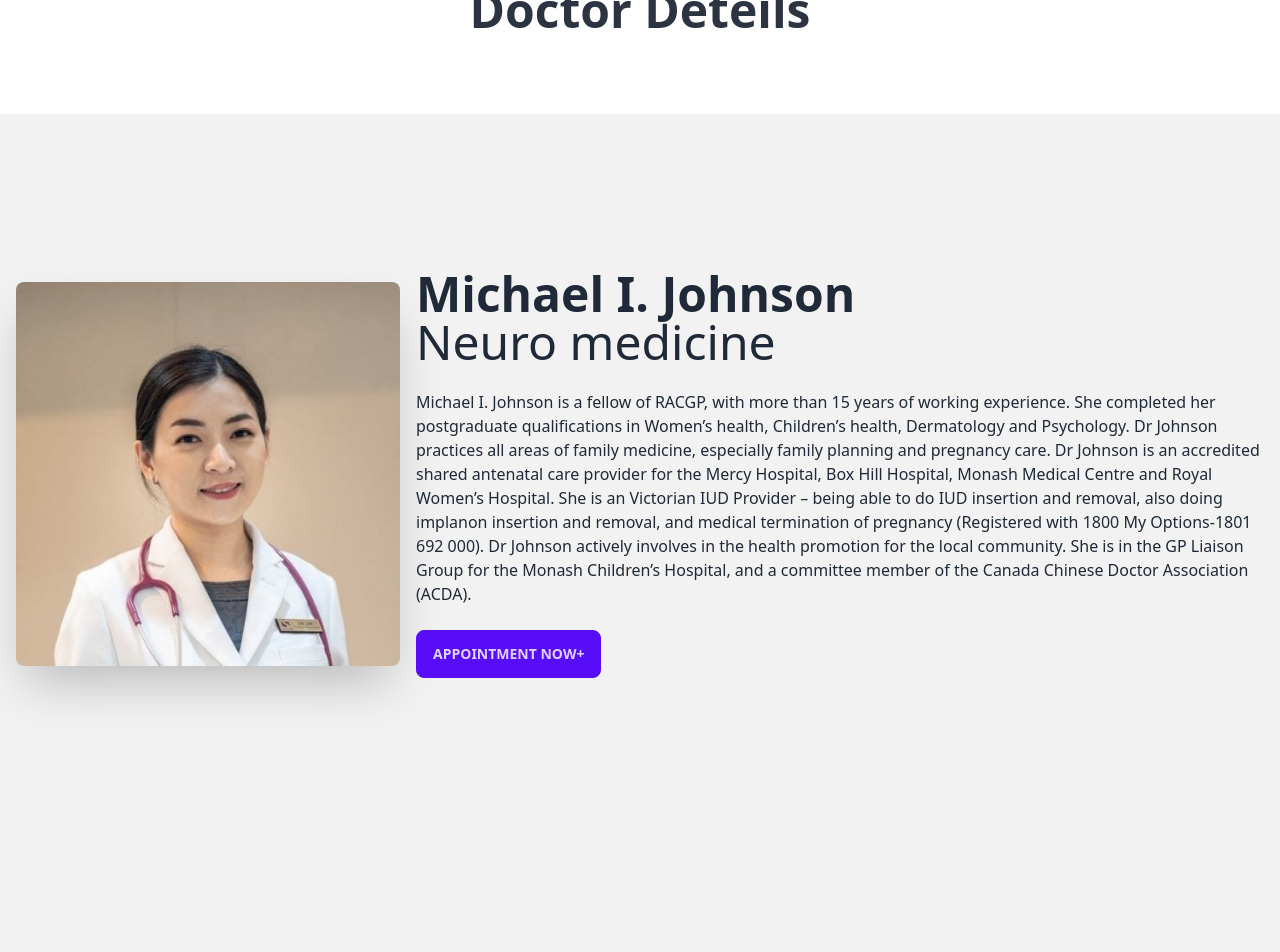
Repository: salmaakter11/Medical-Health
Page: /
The author's editor kept a copy of each file at every save. The page is drawn from the files as they stood at one save, then again after the next save.
The browser window is 1280 px wide. The pictures show the part of the page from y = 814 to 1766 px (the page is 3088 px tall).
The project was rebuilt for these pictures with package versions that can differ from the ones it lists, and the page was loaded fresh each time. Also part of the build but not shown: vite.config.js.

Above is the page before, as saved 2023-07-10 21:48:04.

After the next save:
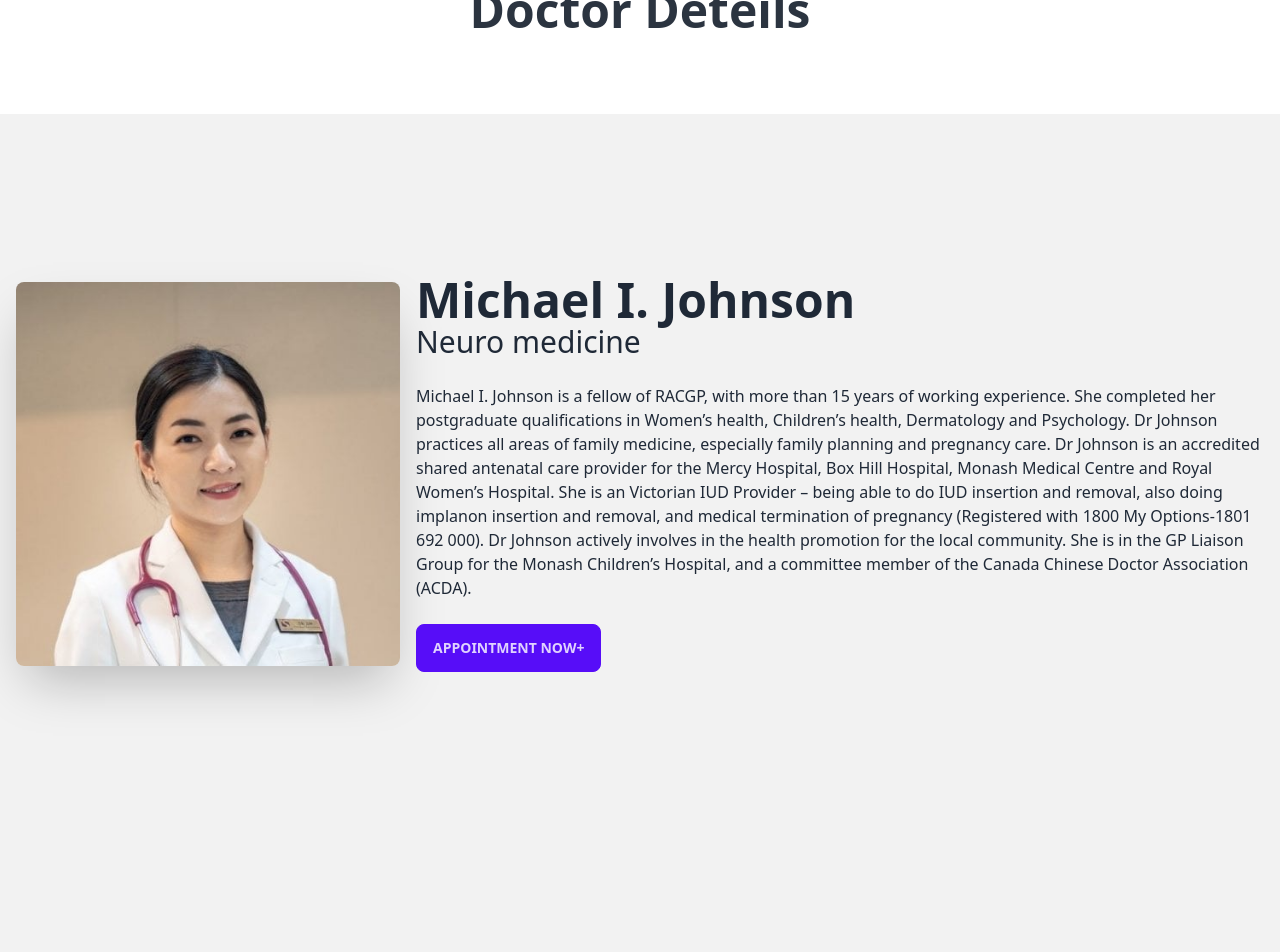
Saved 8 s later.
--- a/src/component/Doctor's/Doctor.jsx
+++ b/src/component/Doctor's/Doctor.jsx
@@ -12,7 +12,7 @@
     <img src={doc1} className="max-w-sm rounded-lg shadow-2xl" />
     <div>
       <h1 className="text-5xl font-bold">Michael I. Johnson</h1>
-      <h6 className="text-5xl ">Neuro medicine </h6>
+      <h6 className="text-3xl ">Neuro medicine </h6>
       <p className="py-6">Michael I. Johnson is a fellow of RACGP, with more than 15 years of working experience. She completed her postgraduate qualifications in Women’s health, Children’s health, Dermatology and Psychology.
 Dr Johnson practices all areas of family medicine, especially family planning and pregnancy care. Dr Johnson is an accredited shared antenatal care provider for the Mercy Hospital, Box Hill Hospital, Monash Medical Centre and Royal Women’s Hospital. She is an Victorian IUD Provider – being able to do IUD insertion and removal, also doing implanon insertion and removal, and medical termination of pregnancy (Registered with 1800 My Options-1801 692 000).
 Dr Johnson actively involves in the health promotion for the local community. She is in the GP Liaison Group for the Monash Children’s Hospital, and a committee member of the Canada Chinese Doctor Association (ACDA).</p>
